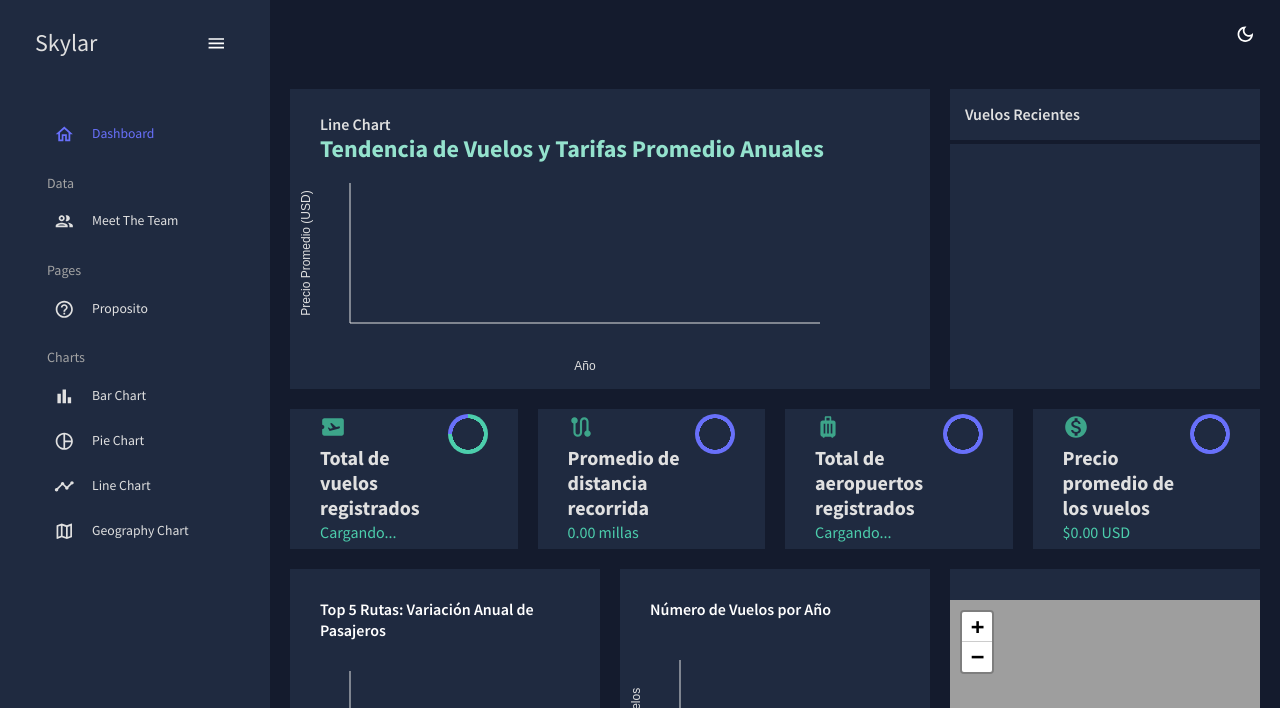
Repository: Carpinteron/Dashboard-DatabaseProject
Page: / (app in react-admin-dashboard-master/)
The author's editor kept a copy of each file at every save. The page is drawn from the files as they stood at one save, then again after the next save.
The browser window is 1280 px wide. The pictures show the part of the page from y = 0 to 708 px (the page is 886 px tall).
Pictures or frames that could not be fetched are drawn as grey boxes. The page's requests for data from a server got no answer. The project was rebuilt for these pictures with package versions that can differ from the ones it lists, and the page was loaded fresh each time. No one was signed in, and anything a server would have sent is missing. Also part of the build but not shown: react-admin-dashboard-master/src/components/Header.jsx, react-admin-dashboard-master/src/scenes/team/index.jsx, react-admin-dashboard-master/src/scenes/bar/index.jsx, react-admin-dashboard-master/src/components/BarChart2.jsx, react-admin-dashboard-master/src/scenes/bar2/index.jsx, react-admin-dashboard-master/src/scenes/form/index.jsx, react-admin-dashboard-master/src/scenes/line/index.jsx, react-admin-dashboard-master/src/components/PieChart.jsx and 3 more.

Above is the page before, as saved 2025-05-06 23:05:34.

### react-admin-dashboard-master/public/index.html
<!DOCTYPE html>
<html lang="en">
  <head>
    <meta charset="utf-8" />
    <link rel="icon" type="image/png" href="%PUBLIC_URL%/logoprueba.png" />
    <meta name="viewport" content="width=device-width, initial-scale=1" />
    <meta name="theme-color" content="#000000" />
    <meta
      name="description"
      content="Web site created using create-react-app"
    />
    <link rel="apple-touch-icon" href="%PUBLIC_URL%/logo192.png" />
    <!--
      manifest.json provides metadata used when your web app is installed on a
      user's mobile device or desktop. See https://developers.google.com/web/fundamentals/web-app-manifest/
    -->
    <link rel="manifest" href="%PUBLIC_URL%/manifest.json" />
    <!--
      Notice the use of %PUBLIC_URL% in the tags above.
      It will be replaced with the URL of the `public` folder during the build.
      Only files inside the `public` folder can be referenced from the HTML.

      Unlike "/favicon.ico" or "favicon.ico", "%PUBLIC_URL%/favicon.ico" will
      work correctly both with client-side routing and a non-root public URL.
      Learn how to configure a non-root public URL by running `npm run build`.
    -->
    <title>Dashboard - Skylar</title>
  </head>
  <body>
    <noscript>You need to enable JavaScript to run this app.</noscript>
    <div id="root"></div>
    <!--
      This HTML file is a template.
      If you open it directly in the browser, you will see an empty page.

      You can add webfonts, meta tags, or analytics to this file.
      The build step will place the bundled scripts into the <body> tag.

      To begin the development, run `npm start` or `yarn start`.
      To create a production bundle, use `npm run build` or `yarn build`.
    -->
  </body>
</html>

### react-admin-dashboard-master/src/index.css
@import url("https://fonts.googleapis.com/css2?family=Source+Sans+Pro:wght@400;600;700&display=swap");

html,
body,
#root,
.app,
.content {
  height: 100%;
  width: 100%;
  font-family: "Source Sans Pro", sans-serif;
}

.app {
  display: flex;
  position: relative;
}

::-webkit-scrollbar {
  width: 10px;
}

/* Track */
::-webkit-scrollbar-track {
  background: #e0e0e0;
}

/* Handle */
::-webkit-scrollbar-thumb {
  background: #888;
}

/* Handle on hover */
::-webkit-scrollbar-thumb:hover {
  background: #555;
}
/*
.leaflet-container .leaflet-popup-content-wrapper {
  background-color: #141b2d !important;
  color: #f1f1f1 !important;
  border-radius: 8px !important;
  box-shadow: 0 0 10px rgba(0,0,0,0.5) !important;
}

.leaflet-container .leaflet-popup-tip {
  background-color: #2c2c2c !important;
}*/

### react-admin-dashboard-master/src/scenes/global/Topbar.jsx
import { Box, IconButton, useTheme } from "@mui/material";
import { useContext } from "react";
import { ColorModeContext, tokens } from "../../theme.js";

import LightModeOutlinedIcon from "@mui/icons-material/LightModeOutlined";
import DarkModeOutlinedIcon from "@mui/icons-material/DarkModeOutlined";
import NotificationsOutlinedIcon from "@mui/icons-material/NotificationsOutlined";
import RefreshOutlinedIcon from '@mui/icons-material/RefreshOutlined';
import SettingsOutlinedIcon from "@mui/icons-material/SettingsOutlined";
import PersonOutlinedIcon from "@mui/icons-material/PersonOutlined";
import SearchIcon from "@mui/icons-material/Search";
import styled from "@emotion/styled";
import InputBase from "@mui/material/InputBase";




const styledBox = styled(Box);





const Topbar = () => {
  const theme = useTheme();
  const colors = tokens(theme.palette.mode);
  const colorMode = useContext(ColorModeContext);



  return (
    <Box display="flex" justifyContent="right" gap={2} p={2}>
      {/* SEARCH BAR */}



      {/* ICONS */}
      <Box display="flex">
        <IconButton onClick={colorMode.toggleColorMode}>
          {theme.palette.mode === "dark" ? (
            <DarkModeOutlinedIcon />
          ) : (
            <LightModeOutlinedIcon />
          )}
        </IconButton>

        {/*<IconButton>
          <SettingsOutlinedIcon />
        </IconButton>
        <IconButton>
          <PersonOutlinedIcon />
        </IconButton>*/}
      </Box>
    </Box>
  );
};

export default Topbar;

### react-admin-dashboard-master/src/scenes/dashboard/index.jsx
import { Box, Button, IconButton, Typography, useTheme } from "@mui/material";
import { tokens } from "../../theme";
import { mockTransactions } from "../../data/mockData";
import DownloadOutlinedIcon from "@mui/icons-material/DownloadOutlined";
import EmailIcon from "@mui/icons-material/Email";
import PointOfSaleIcon from "@mui/icons-material/PointOfSale";
import PersonAddIcon from "@mui/icons-material/PersonAdd";
import TrafficIcon from "@mui/icons-material/Traffic";
import Header from "../../components/Header";
import LineChart from "../../components/LineChart";
import GeographyChart from "../../components/GeographyChart";
import BarChart from "../../components/BarChart";
import PieChart2 from "../../components/PieChart2";
import StatBox from "../../components/StatBox";
import ProgressCircle from "../../components/ProgressCircle";
import { useEffect, useState } from "react";
import AirplaneTicketIcon from '@mui/icons-material/AirplaneTicket';
import RouteIcon from '@mui/icons-material/Route';
import LuggageIcon from '@mui/icons-material/Luggage';
import MonetizationOnIcon from '@mui/icons-material/MonetizationOn';



const Dashboard = () => {
  const theme = useTheme();
  const colors = tokens(theme.palette.mode);
  //Para los ultimos vuelos
  const [recentFlights, setRecentFlights] = useState([]);
  // info general
  const [totalvuelos, setTotalVuelos] = useState(0);
  const [avgdistancia, setAvgDistancia] = useState(0);
  const [totalaeropuertos, setTotalAeropuertos] = useState(0);
  const [avgprecio, setAvgPrecio] = useState(0);

  useEffect(() => {
    fetch("http://localhost:3001/api/lista-vuelos")
      .then((res) => res.json())
      .then((data) => setRecentFlights(data))
      .catch((error) => console.error("Error al obtener vuelos recientes:", error));
  }, []);

  //Para el total de vuelos
  useEffect(() => {
    const fetchTotalVuelos = async () => {
      try {
        const res = await fetch(`http://localhost:3001/api/infogeneral1`);
        const data = await res.json();
        if (data.success) {
          setTotalVuelos(data.data.totalvuelos);
        } else {
          console.error('Error en la respuesta:', data.message);
        }
      } catch (error) {
        console.error("Error al obtener el total de vuelos:", error);
      }
    };
    fetchTotalVuelos();
  }, []);


  //Para la distancia promedio
  useEffect(() => {
    const fetchAvgDistancia = async () => {
      try {
        const res = await fetch(`http://localhost:3001/api/infogeneral2`);
        const data = await res.json();
        if (data.success) {
          setAvgDistancia(data.data.avgdistancia);
        } else {
          console.error('Error en la respuesta:', data.message);
        }
      } catch (error) {
        console.error("Error al obtener la distancia promedio:", error);
      }
    };
    fetchAvgDistancia();
  }, []);

  // Para el total de aeropuertos
  useEffect(() => {
    const fetchTotalAeropuertos = async () => {
      try {
        const res = await fetch(`http://localhost:3001/api/infogeneral3`);
        const data = await res.json();

        if (data.success) {
          setTotalAeropuertos(data.data.totalaeropuertos);
        }
      } catch (error) {
        console.error("Error al obtener el total de aeropuertos:", error);
      }
    };
    fetchTotalAeropuertos();
  }, []);

  // Para el precio promedio
  useEffect(() => {
    const fetchAvgPrecio = async () => {
      try {
        const res = await fetch(`http://localhost:3001/api/infogeneral4`);
        const data = await res.json();

        if (data.success) {
          setAvgPrecio(data.data.avgprecio);
        }
      } catch (error) {
        console.error("Error al obtener el precio promedio:", error);
      }
    };
    fetchAvgPrecio();
  }, []);

  return (
    <Box m="20px">
      {/* HEADER */}

      {/* GRID & CHARTS */}
      <Box
        display="grid"
        gridTemplateColumns="repeat(12, 1fr)"
        gridAutoRows="140px"
        gap="20px"
      >
        {/* ROW 1 */}
        <Box
          gridColumn="span 8"
          gridRow="span 2"
          backgroundColor={colors.primary[400]}
        >
          <Box
            mt="25px"
            p="0 30px"
            display="flex "
            justifyContent="space-between"
            alignItems="center"
          >
            <Box>
              <Typography
                variant="h5"
                fontWeight="600"
                color={colors.grey[100]}
              >
                Line Chart
              </Typography>
              <Typography
                variant="h3"
                fontWeight="bold"
                color={colors.greenAccent[300]}
              >
                Tendencia de Vuelos y Tarifas Promedio Anuales
              </Typography>
            </Box>

          </Box>
          <Box height="250px" m="-20px 0 0 0">
            <LineChart isDashboard={true} />
          </Box>
        </Box>
        <Box
          gridColumn="span 4"
          gridRow="span 2"
          backgroundColor={colors.primary[400]}
          overflow="auto"
        >
          <Box
            display="flex"
            justifyContent="space-between"
            alignItems="center"
            borderBottom={`4px solid ${colors.primary[500]}`}
            colors={colors.grey[100]}
            p="15px"
          >
            <Typography color={colors.grey[100]} variant="h5" fontWeight="600">
              Vuelos Recientes
            </Typography>
          </Box>
          {recentFlights.map((flight, i) => (
            <Box
              key={`${flight.id}-${i}`}
              display="flex"
              justifyContent="space-between"
              alignItems="center"
              borderBottom={`4px solid ${colors.primary[500]}`}
              p="15px"
            >
              <Box>
                <Typography
                  color={colors.greenAccent[500]}
                  variant="h5"
                  fontWeight="600"
                >
                  🛬 {flight.airport1} → {flight.airport2}
                </Typography>
                <Typography color={colors.grey[100]}>
                  {flight.city1} → {flight.city2}
                </Typography>
              </Box>
              <Box color={colors.grey[100]}>{new Date(flight.date).toLocaleDateString('es-ES', { timeZone: 'UTC' })}</Box>

            </Box>

          ))}
        </Box>

        {/* ROW 2 - franja*/}
        <Box
          gridColumn="span 3"
          backgroundColor={colors.primary[400]}
          display="flex"
          alignItems="center"
          justifyContent="center"
        >
          <StatBox
            title="Total de vuelos registrados"
            subtitle={totalvuelos || "Cargando..."}

            icon={
              <AirplaneTicketIcon
                sx={{ color: colors.greenAccent[600], fontSize: "26px" }}
              />
            }
          />
        </Box>
        <Box
          gridColumn="span 3"
          backgroundColor={colors.primary[400]}
          display="flex"
          alignItems="center"
          justifyContent="center"
        >
          <StatBox
            title="Promedio de distancia recorrida"
            subtitle={avgdistancia.toFixed(2) + " millas" || "Cargando..."}
            progress=""
            increase=""

            icon={
              <RouteIcon
                sx={{ color: colors.greenAccent[600], fontSize: "26px" }}
              />
            }
          />
        </Box>
        <Box
          gridColumn="span 3"
          backgroundColor={colors.primary[400]}
          display="flex"
          alignItems="center"
          justifyContent="center"
        >
          <StatBox
            title="Total de aeropuertos registrados"
            subtitle={totalaeropuertos || "Cargando..."}
            progress=""
            increase=""
            icon={
              <LuggageIcon
                sx={{ color: colors.greenAccent[600], fontSize: "26px" }}
              />
            }
          />
        </Box>
        <Box
          gridColumn="span 3"
          backgroundColor={colors.primary[400]}
          display="flex"
          alignItems="center"
          justifyContent="center"
        >
          <StatBox
            title="Precio promedio de los vuelos"
            subtitle={"$" + avgprecio.toFixed(2) + " USD" || "Cargando..."}
            progress=""
            increase=""
            icon={
              <MonetizationOnIcon
                sx={{ color: colors.greenAccent[600], fontSize: "26px" }}
              />
            }
          />
        </Box>





        {/* ROW 3 */}

        <Box
          gridColumn="span 4"
          gridRow="span 2"
          backgroundColor={colors.primary[400]}
        >
          <Typography
            variant="h5"
            fontWeight="600"
            sx={{ padding: "30px 30px 0 30px" }}
          >
            Top 5 Rutas: Variación Anual de Pasajeros
          </Typography>
          <Box height="250px" mt="-20px">
            <BarChart isDashboard={true} />
          </Box>
        </Box>
        <Box
          gridColumn="span 4"
          gridRow="span 2"
          backgroundColor={colors.primary[400]}
        >
          <Typography
            variant="h5"
            fontWeight="600"
            sx={{ padding: "30px 30px 0 30px" }}
          >
            Número de Vuelos por Año
          </Typography>
          <Box height="260px">
            <PieChart2 isDashboard={true} />
          </Box>
        </Box>
        <Box
          gridColumn="span 4"
          gridRow="span 2"
          backgroundColor={colors.primary[400]}
        >
          <Typography
            variant="h5"
            fontWeight="600"
            sx={{ padding: "30px 30px 0 30px" }}
          >
            Mapa de Rutas de Vuelo
          </Typography>
          <Box height="250px" mt="-20px">
            <GeographyChart isDashboard={true} />
          </Box>
        </Box>
      </Box>
    </Box>

  );
};

export default Dashboard;

### react-admin-dashboard-master/src/components/BarChart.jsx
import { useEffect, useState } from "react";
import { useTheme } from "@mui/material";
import { ResponsiveBar } from "@nivo/bar";
import { tokens } from "../theme";


const BarChart = ({ year1b, year2b, isDashboard = false }) => {
  const theme = useTheme();
  const colors = tokens(theme.palette.mode);

  const [data, setData] = useState([]);

  useEffect(() => {
    document.title = "Bar Chart - Skylar";
    const fetchData = async () => {
      try {
        const res = await fetch(`http://localhost:3001/api/rutas-populares?year1=${year1b||2020}&year2=${year2b||2025}`);
        const json = await res.json();
        setData(json);
      } catch (error) {
        console.error("Error al cargar datos del backend:", error);
      }
    };
    const fetchData2 = async () => {
      try {
        const res = await fetch(`http://localhost:3001/api/rutas-populares?year1=2020&year2=2025`);
        const json = await res.json();
        setData(json);
      } catch (error) {
        console.error("Error al cargar datos del backend:", error);
      }
    };

    if (year1b && year2b) {
      fetchData();
    }else{
      fetchData2();
    }
  }, [year1b, year2b]); // Dependencias para actualizar la gráfica cuando cambien los años.


  return (
    <ResponsiveBar

      data={data}
      keys={["HNL 🠮 ITO", "LAS 🠮 RNO", "SEA 🠮 RNO", "LAX 🠮 RNO", "PHX 🠮 RNO"]}
      indexBy="year"
      theme={{
        axis: {
          domain: { line: { stroke: colors.grey[100] } },
          legend: { text: { fill: colors.grey[100] } },
          ticks: {
            line: { stroke: colors.grey[100], strokeWidth: 1 },
            text: { fill: colors.grey[100] },
          },
        },
        legends: { text: { fill: colors.grey[100] } },
      }}
      margin={{ top: 50, right: 130, bottom: 50, left: 60 }}
      padding={0.3}
      valueScale={{ type: "linear" }}
      indexScale={{ type: "band", round: true }}
      colors={{ scheme: "nivo" }}
      borderColor={{ from: "color", modifiers: [["darker", "1.6"]] }}
      axisTop={null}
      axisRight={null}
      axisBottom={{
        tickSize: 5,
        tickPadding: 5,
        tickRotation: 0,
        legend: isDashboard ? undefined : "",
        legendPosition: "middle",
        legendOffset: 32,
      }}
      axisLeft={{
        tickSize: 5,
        tickPadding: 5,
        tickRotation: 0,
        legend: isDashboard ? undefined : "Passengers (Millions)",
        legendPosition: "middle",
        legendOffset: -40,
      }}
      enableLabel={false}
      labelSkipWidth={12}
      labelSkipHeight={12}
      labelTextColor={{
        from: "color",
        modifiers: [["darker", 1.6]],
      }}
      legends={[
        {
          dataFrom: "keys",
          anchor: "bottom-right",
          direction: "column",
          translateX: 120,
          itemsSpacing: 2,
          itemWidth: 100,
          itemHeight: 20,
          itemDirection: "left-to-right",
          symbolSize: 20,
          effects: [
            {
              on: "hover",
              style: { itemOpacity: 1 },
            },
          ],
        },
      ]}
      role="application"
      barAriaLabel={e => `${e.id}: ${e.formattedValue} in year: ${e.indexValue}`}



    />

  );
};

export default BarChart;

### react-admin-dashboard-master/src/components/PieChart2.jsx
import { ResponsiveLine } from "@nivo/line";
import { useTheme } from "@mui/material";
import { tokens } from "../theme";
import { useEffect, useState } from "react";

const LineChart = ({refreshCounter, isDashboard = false }) => {
  const theme = useTheme();
  const colors = tokens(theme.palette.mode);
  const [data, setData] = useState([]);
  const fixedColors = ["#4FC3F7", "#81C784", "#BA68C8", "#FFB74D", "#90A4AE"];

  useEffect(() => {
    document.title = "Dashboard - Skylar";
    const fetchData = async () => {
      try {
        const res = await fetch("http://localhost:3001/api/vuelos-enero-mayo-2025");
        const json = await res.json();

        console.log("Datos recibidos en React:", json.data); // 👈

        const formattedData = [
          {
            id: "Cantidad",
            data: json.data.map((item) => ({
              x: item.NombreMes,
              y: item.Cant_Vuelos,
            })),
          },
        ];

        setData(formattedData);
      } catch (error) {
        console.error("Error al cargar los datos del gráfico:", error);
      }
    };


    fetchData();
  }, [refreshCounter]);

  return (
    <ResponsiveLine
      data={data}
      theme={{
        axis: {
          domain: { line: { stroke: colors.grey[100] } },
          legend: { text: { fill: colors.grey[100] } },
          ticks: {
            line: { stroke: colors.grey[100], strokeWidth: 1 },
            text: { fill: colors.grey[100] },
          },
        },
        legends: { text: { fill: colors.grey[100] } },
        tooltip: { container: { color: colors.primary[500] } },
      }}
      colors={fixedColors}
      margin={{ top: 40, right: 110, bottom: 60, left: 60 }}
      xScale={{ type: "point" }}
      yScale={{
        type: "linear",
        min: "auto",
        max: "auto",
        stacked: false,
        reverse: false,
      }}
      yFormat=" >-.2f"
      curve="linear"
      axisTop={null}
      axisRight={null}
      axisBottom={{
        orient: "bottom",
        tickSize: 0,
        tickPadding: 10,
        tickRotation: 0, // Mostrar horizontalmente
        legend: "Mes",
        legendOffset: 36,
        legendPosition: "middle",
      }}
      axisLeft={{
        orient: "left",
        tickValues: 5,
        tickSize: 3,
        tickPadding: 6,
        tickRotation: 0,
        legend: "Cantidad de Vuelos",
        legendOffset: -44,
        legendPosition: "middle",
      }}
      enableGridX={false}
      enableGridY={false}
      pointSize={6}
      pointColor={{ from: "serieColor" }}
      pointBorderWidth={2}
      pointBorderColor={{ from: "serieColor" }}
      pointLabelYOffset={-12}
      useMesh={true}
      legends={[
        {
          anchor: "bottom-right",
          direction: "column",
          justify: false,
          translateX: 100,
          translateY: 0,
          itemsSpacing: 0,
          itemDirection: "left-to-right",
          itemWidth: 80,
          itemHeight: 20,
          itemOpacity: 0.75,
          symbolSize: 12,
          symbolShape: "circle",
          symbolBorderColor: "rgba(0, 0, 0, .5)",
          effects: [
            {
              on: "hover",
              style: {
                itemBackground: "rgba(0, 0, 0, .03)",
                itemOpacity: 1,
              },
            },
          ],
        },
      ]}
      role="application"
      lineAriaLabel={(e) => `${e.id}: ${e.formattedValue} en mes: ${e.indexValue}`}
    />
  );
};

export default LineChart;

### react-admin-dashboard-master/src/components/StatBox.jsx
import { Box, Typography, useTheme } from "@mui/material";
import { tokens } from "../theme";
import ProgressCircle from "./ProgressCircle";

const StatBox = ({ title, subtitle, icon, progress, increase }) => {
  const theme = useTheme();
  const colors = tokens(theme.palette.mode);

  return (
    <Box width="100%" m="0 30px">
      <Box display="flex" justifyContent="space-between">
        <Box>
          {icon}
          <Typography
            variant="h4"
            fontWeight="bold"
            sx={{ color: colors.grey[100] }}
          >
            {title}
          </Typography>
        </Box>
        <Box>
          <ProgressCircle progress={progress} />
        </Box>
      </Box>
      <Box display="flex" justifyContent="space-between" mt="2px">
        <Typography variant="h5" sx={{ color: colors.greenAccent[500] }}>
          {subtitle}
        </Typography>
        <Typography
          variant="h5"
          fontStyle="italic"
          sx={{ color: colors.greenAccent[600] }}
        >
          {increase}
        </Typography>
      </Box>
    </Box>
  );
};

export default StatBox;

Loaded but not shown: react-admin-dashboard-master/src/components/ProgressCircle.jsx (common file); react-admin-dashboard-master/src/data/mockData.js (802 lines, source omitted); react-admin-dashboard-master/src/theme.js (214 lines, source omitted); react-admin-dashboard-master/src/App.js (52 lines, source omitted); react-admin-dashboard-master/src/index.js (16 lines, source omitted); react-admin-dashboard-master/src/scenes/global/Sidebar.jsx (198 lines, source omitted); react-admin-dashboard-master/src/components/GeographyChart.jsx (158 lines, source omitted); react-admin-dashboard-master/src/components/LineChart.jsx (130 lines, source omitted)

After the next save:
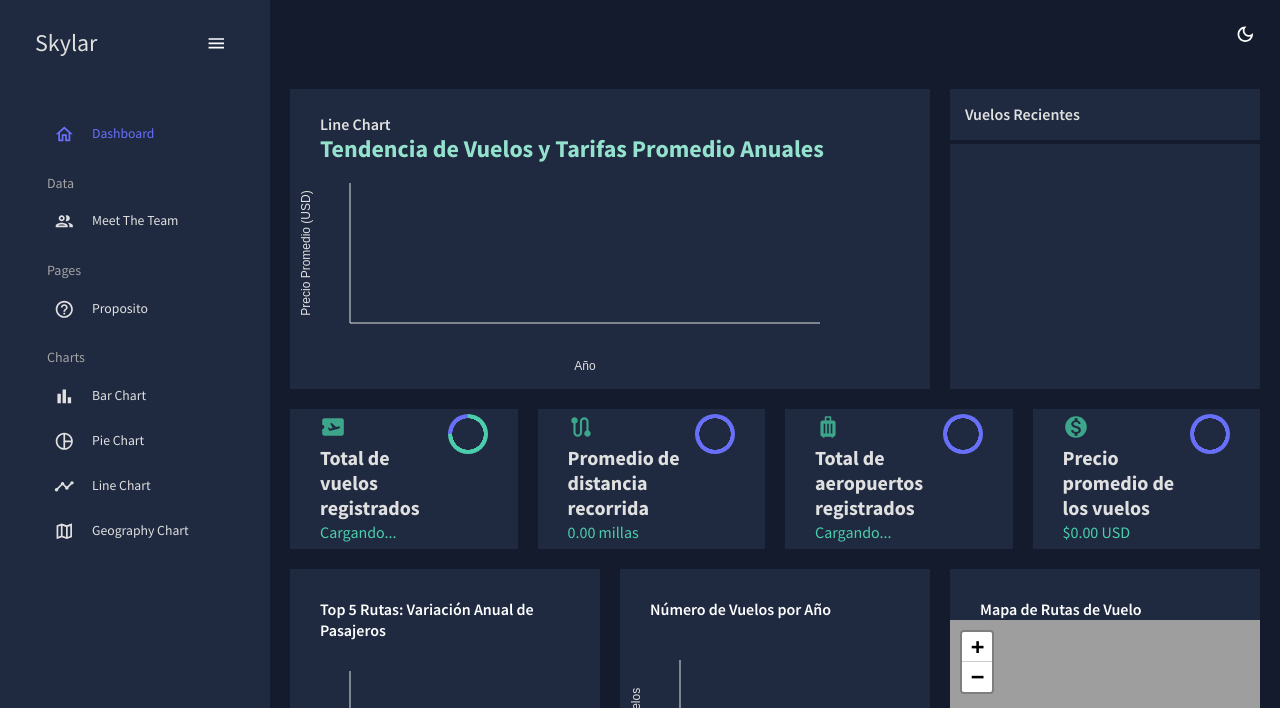
Saved 27 s later.
--- a/react-admin-dashboard-master/src/scenes/dashboard/index.jsx
+++ b/react-admin-dashboard-master/src/scenes/dashboard/index.jsx
@@ -330,7 +330,7 @@ const Dashboard = () => {
           >
             Mapa de Rutas de Vuelo
           </Typography>
-          <Box height="250px" mt="-20px">
+          <Box height="250px" >
             <GeographyChart isDashboard={true} />
           </Box>
         </Box>
